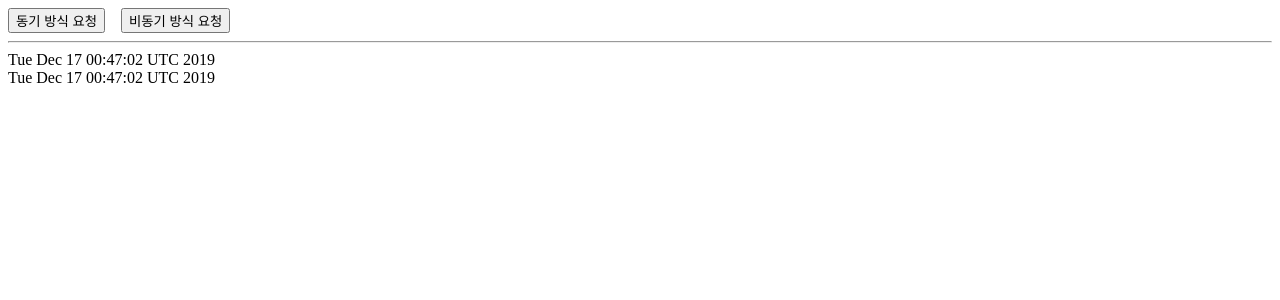
Repository: superThisMe/spring-basic
Page: http://localhost/07.spring-ajax/ajax-example
An editor plug-in stored every save of this project. The page is shown before and after the next save, followed by the edit.
The browser window is 1280 px wide. The pictures show the whole page.
The page is served by Tomcat 9. Other server files are loaded and not shown.

Above is the page before, as saved 2020-01-02 06:18:22.

### 07.spring-ajax/src/main/webapp/WEB-INF/views/ajax-example.jsp
<%@page import="java.util.Date"%>
<%@ page language="java" contentType="text/html; utf-8"
	pageEncoding="utf-8"%>

<!DOCTYPE html>
<html>
<head>
<meta charset="utf-8">
<title></title>
</head>
<body>
	<button id="sync-request">동기 방식 요청</button>
	&nbsp;&nbsp;
	<button id="async-request">비동기 방식 요청</button>
	<hr>
	<div><%=new Date().toString()%></div>
	<div id="container">
		<div id="message"><%=new Date().toString()%></div>
	</div>
</body>

<script src="https://code.jquery.com/jquery-3.4.1.js"></script>
<script type="text/javascript">
	$(function() {

		$('#sync-request').on('click', function(event) {
			location.href = "get-time";
		});

		var proxy = new XMLHttpRequest();

		$('#async-request').on('click', function(event) {

			proxy.open("GET", "get-time", true) // 'GET' : 요청방식, 'get-time' : 요청 경로, true : 비동기 여부
			proxy.onreadystatechange = processResult; // 비동기 응답이 도착했을 때 호출될 function
			proxy.send(null); // 비동기 요청 시작

		});

		function processResult() {
			alert(proxy.readyState);
			if (proxy.readyState == 4) {
				if (proxy.status == 200) {
					var result = proxy.responseText;
					$('#message').text(result);
				}
			}

		};

	});
</script>

</html>

After the next save:
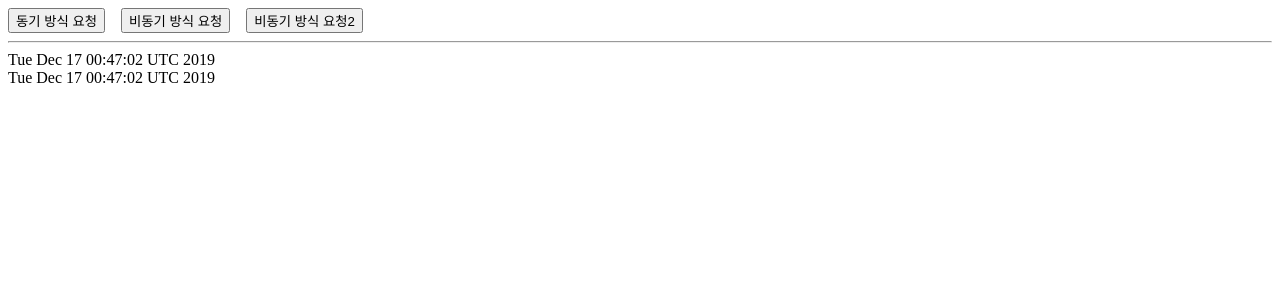
Saved 36 min 38 s later.
--- a/07.spring-ajax/src/main/webapp/WEB-INF/views/ajax-example.jsp
+++ b/07.spring-ajax/src/main/webapp/WEB-INF/views/ajax-example.jsp
@@ -12,6 +12,8 @@
 	<button id="sync-request">동기 방식 요청</button>
 	&nbsp;&nbsp;
 	<button id="async-request">비동기 방식 요청</button>
+	&nbsp;&nbsp;
+	<button id="async-request2">비동기 방식 요청2</button>
 	<hr>
 	<div><%=new Date().toString()%></div>
 	<div id="container">
